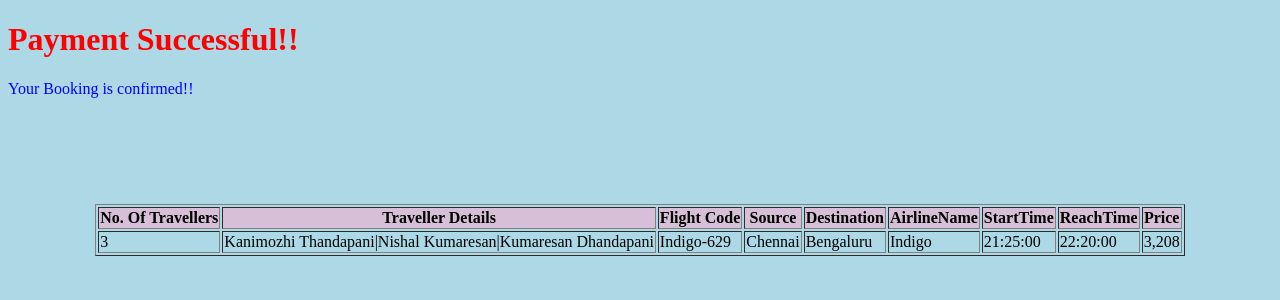
Repository: KanimozhiThandapani/Phase2AirlineBookingProject
Page: http://localhost/AirlineBooking/paymentPage.jsp
An editor plug-in stored every save of this project. The page is shown before and after the next save, followed by the edit.
The browser window is 1280 px wide. The pictures show the whole page.
The page is served by Tomcat 9. Other server files are loaded and not shown.

Above is the page before, as saved 2022-04-26 09:22:44.

### AirlineBooking/WebContent/paymentPage.jsp
<%@ page language="java" contentType="text/html; charset=ISO-8859-1"
    pageEncoding="ISO-8859-1"%>
<!DOCTYPE html>
<html lang="en">
<head>
  <style>
h1 {color:red;}
p {color:blue;}
</style>
</head>
<body style="background-color:lightblue;">

<h1>Payment Successful!!</h1>
<p>Your Booking is confirmed!!</p>

<div align="center">

   <br> <br> <br> <br> <br>
   <table align="center" border="1">
   <tr bgcolor="thistle" >
          <th><b>No. Of Travellers</b></th>
          <th><b>Traveller Details</b></th>
          <th><b>Flight Code</b></th>
          <th><b>Source</b></th>
          <th><b>Destination</b></th>
          <th><b>AirlineName</b></th>
          <th><b>StartTime</b></th>
          <th><b>ReachTime</b></th>
          <th><b>Price</b></th>
    </tr>

   <tr>
                    <td>3</td>
                    <td>Kanimozhi Thandapani|Nishal Kumaresan|Kumaresan Dhandapani</td>
                    <td>Indigo-629</td>
					<td>Chennai</td>
					<td>Bengaluru</td>
					<td>Indigo</td>
					<td>21:25:00</td>
					<td>22:20:00</td>
					<td>3,208</td>
	</tr>

	</table>




   </div>

</body>
</html>

After the next save:
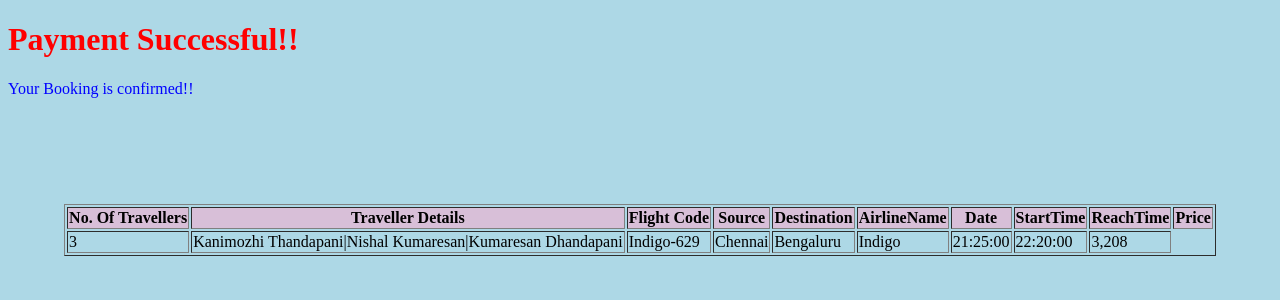
Saved 3 min 10 s later.
--- a/AirlineBooking/WebContent/paymentPage.jsp
+++ b/AirlineBooking/WebContent/paymentPage.jsp
@@ -24,6 +24,7 @@ p {color:blue;}
           <th><b>Source</b></th>
           <th><b>Destination</b></th>
           <th><b>AirlineName</b></th>
+          <th><b>Date</b></th>
           <th><b>StartTime</b></th>
           <th><b>ReachTime</b></th>
           <th><b>Price</b></th>
